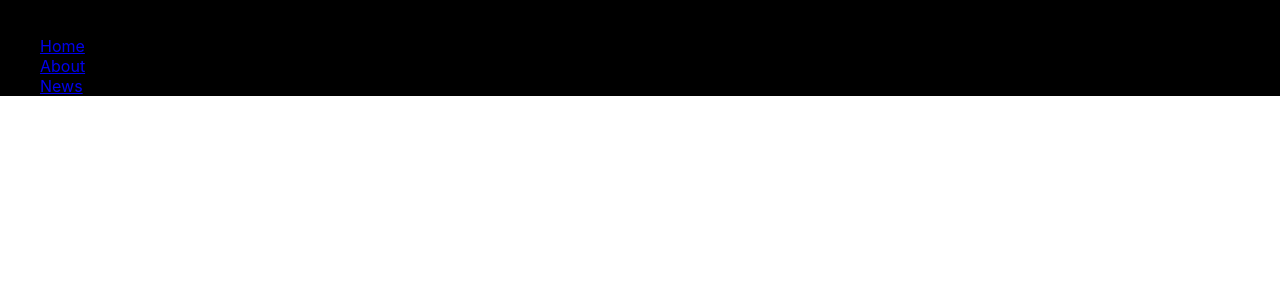
Repository: thaiduy1704/Movie
Page: /
The author's editor kept a copy of each file at every save. The page is drawn from the files as they stood at one save, then again after the next save.
The browser window is 1280 px wide. The pictures show the whole page.
The project was rebuilt for these pictures with package versions that can differ from the ones it lists, and the page was loaded fresh each time. Also part of the build but not shown: src/pages/About.js, src/pages/News.js, src/pages/Error.js.

Above is the page before, as saved 2022-07-14 12:00:21.

### src/App.js

import {
  BrowserRouter as Router,
  Route,
  Routes,

} from "react-router-dom";
import { HomePage, About, News, Error } from './pages'




function App() {
  return (
    <Router>
      <Routes>
        <Route path="/" element={<HomePage />} />
        <Route path="/about" element={<About />} />
        <Route path="/news" element={<News />} />
        <Route path="*" element={<Error />} />
      </Routes>
    </Router>
  );
}

export default App;

### src/features/counter/counterSlice.js
import { createAsyncThunk, createSlice } from '@reduxjs/toolkit';
import { fetchCount } from './counterAPI';

const initialState = {
  value: 0,
  status: 'idle',
};

// The function below is called a thunk and allows us to perform async logic. It
// can be dispatched like a regular action: `dispatch(incrementAsync(10))`. This
// will call the thunk with the `dispatch` function as the first argument. Async
// code can then be executed and other actions can be dispatched. Thunks are
// typically used to make async requests.
export const incrementAsync = createAsyncThunk(
  'counter/fetchCount',
  async (amount) => {
    const response = await fetchCount(amount);
    // The value we return becomes the `fulfilled` action payload
    return response.data;
  }
);

export const counterSlice = createSlice({
  name: 'counter',
  initialState,
  // The `reducers` field lets us define reducers and generate associated actions
  reducers: {
    increment: (state) => {
      // Redux Toolkit allows us to write "mutating" logic in reducers. It
      // doesn't actually mutate the state because it uses the Immer library,
      // which detects changes to a "draft state" and produces a brand new
      // immutable state based off those changes
      state.value += 1;
    },
    decrement: (state) => {
      state.value -= 1;
    },
    // Use the PayloadAction type to declare the contents of `action.payload`
    incrementByAmount: (state, action) => {
      state.value += action.payload;
    },
  },
  // The `extraReducers` field lets the slice handle actions defined elsewhere,
  // including actions generated by createAsyncThunk or in other slices.
  extraReducers: (builder) => {
    builder
      .addCase(incrementAsync.pending, (state) => {
        state.status = 'loading';
      })
      .addCase(incrementAsync.fulfilled, (state, action) => {
        state.status = 'idle';
        state.value += action.payload;
      });
  },
});

export const { increment, decrement, incrementByAmount } = counterSlice.actions;

// The function below is called a selector and allows us to select a value from
// the state. Selectors can also be defined inline where they're used instead of
// in the slice file. For example: `useSelector((state: RootState) => state.counter.value)`
export const selectCount = (state) => state.counter.value;

// We can also write thunks by hand, which may contain both sync and async logic.
// Here's an example of conditionally dispatching actions based on current state.
export const incrementIfOdd = (amount) => (dispatch, getState) => {
  const currentValue = selectCount(getState());
  if (currentValue % 2 === 1) {
    dispatch(incrementByAmount(amount));
  }
};

export default counterSlice.reducer;

### src/pages/index.js
import HomePage from './HomePage'
import About from './About'
import News from './News'
import Error from './Error'

export { HomePage, About, News, Error }

### src/pages/HomePage.js
import styled from 'styled-components'
import { NavBar } from '../components'
const HomePage = () => {
    return (
        <Container>
            <NavBar />

        </Container>

    )
}
const Container = styled.main`
    background-color:red;
`
export default HomePage

### src/components/index.js
import NavBar from "./NavBar";

export { NavBar }

### src/components/NavBar.js
import { SiThemoviedatabase } from 'react-icons/si'
import { Link } from 'react-router-dom'
import styled from 'styled-components'

const NavBar = () => {
    return (
        <Container>
            <div>
                <SiThemoviedatabase />
                <ul>
                    <li><Link to='/'>Home</Link></li>
                    <li><Link to='/about'>About</Link></li>
                    <li><Link to='/news'>News</Link></li>

                </ul>

            </div>
            <div>

            </div>

        </Container>

    )
}
const Container = styled.nav`
    background-color: black
`

export default NavBar

Loaded but not shown: public/index.html (common file); src/index.js (common file); src/app/store.js (common file); src/reportWebVitals.js (common file); src/index.css (common file); src/features/counter/counterAPI.js (common file)

After the next save:
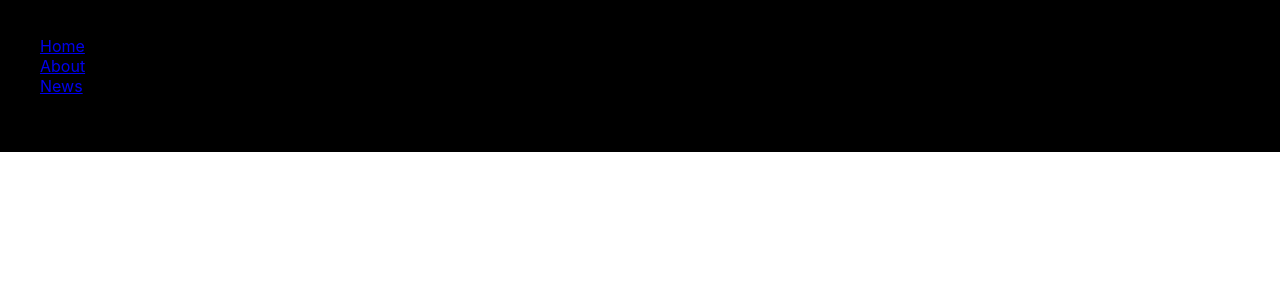
Saved 9 s later.
--- a/src/components/NavBar.js
+++ b/src/components/NavBar.js
@@ -16,7 +16,10 @@ const NavBar = () => {
 
             </div>
             <div>
-
+                <ul>
+                    <li></li>
+                    <li></li>
+                </ul>
             </div>
 
         </Container>
